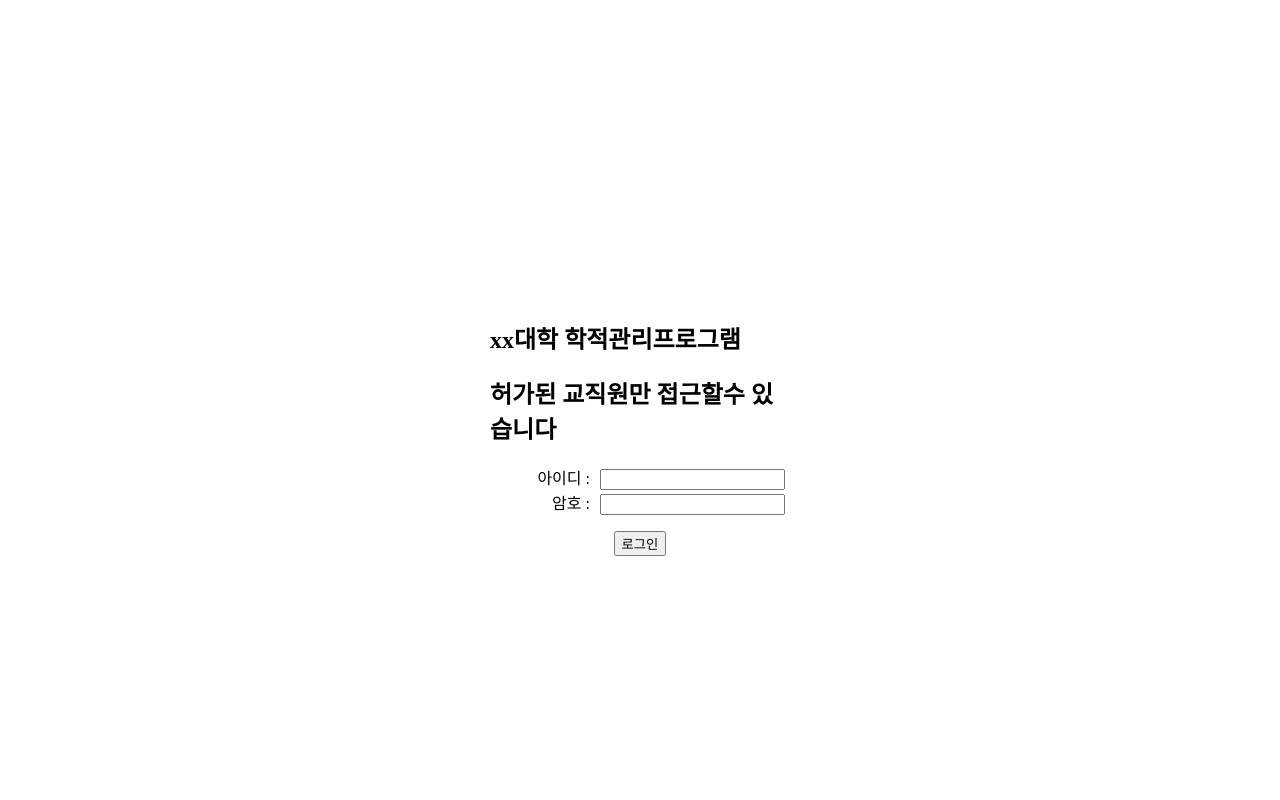
Repository: KangJinSol/jsp
Page: http://localhost/StudentProject/university_login.jsp
An editor plug-in stored every save of this project. The page is shown before and after the next save, followed by the edit.
The browser window is 1280 px wide. The pictures show the whole page.
The page is served by Tomcat 9. Other server files are loaded and not shown.

Above is the page before, as saved 2021-01-22 09:35:01.

### jsp/StudentProject/WebContent/university_login.jsp
<%@ page language="java" contentType="text/html; charset=UTF-8"
    pageEncoding="UTF-8"%>
<!DOCTYPE html>
<html>
<head>
<meta charset="UTF-8">
<title>로그인</title>
<style>
.container{
	width:300px;
	margin:100px auto;
	height: 600px;
	padding-top:200px;
	box-sizing: border-box;
}
label{
	width:100px;
	display:inline-block;
	text-align: right;
	padding-right:10px;
}
p{
	text-align: center;
}
</style>
</head>
<body>

	<div class="container">
		<h2>xx대학 학적관리프로그램</h2>
		<h2>허가된 교직원만 접근할수 있습니다</h2>
		<form method="post" action="login.do">
			<label for="name">아이디 : </label><input type="text" name="id" id="id"><br>
			<label for="sabun">암호 : </label><input type="password" name="pass" id="sabun"><br>
			<p>
			<button type="submit">로그인</button>
			</p>
		</form>
	</div>

</body>
</html>

After the next save:
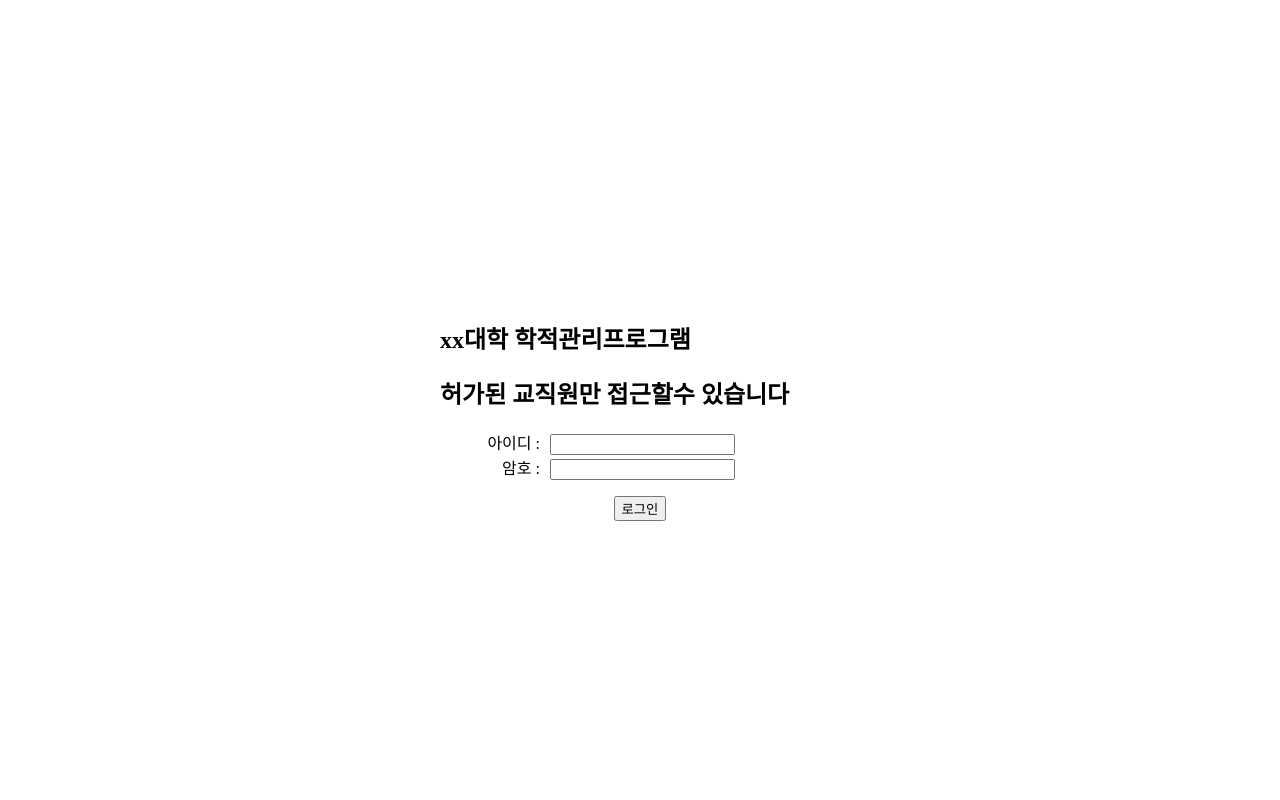
Saved 44 s later.
--- a/jsp/StudentProject/WebContent/university_login.jsp
+++ b/jsp/StudentProject/WebContent/university_login.jsp
@@ -7,7 +7,7 @@
 <title>로그인</title>
 <style>
 .container{
-	width:300px;
+	width:400px;
 	margin:100px auto;
 	height: 600px;
 	padding-top:200px;
